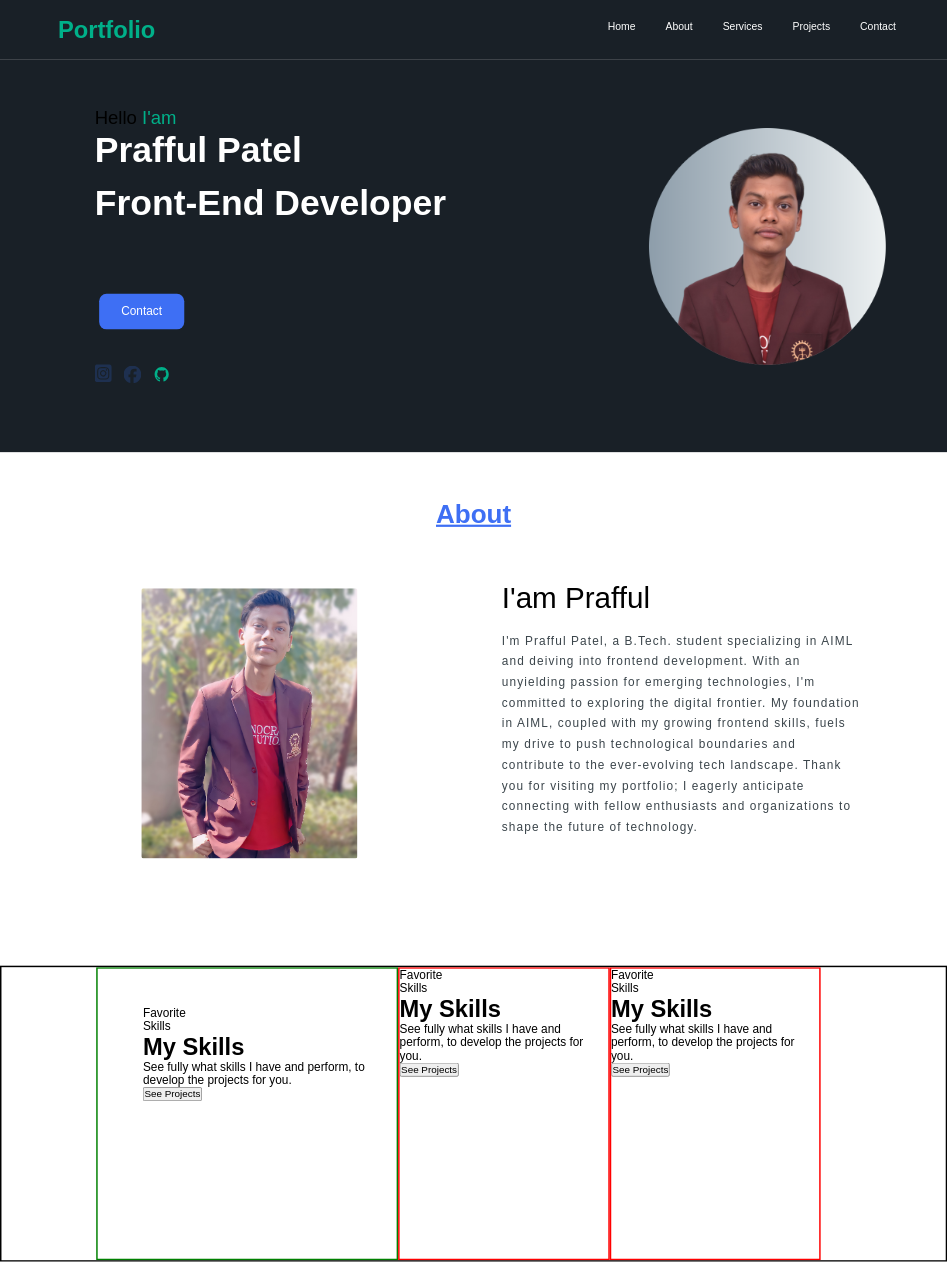
Repository: PraffulPatel27/Portfolio_2.0
Page: index.html
An editor plug-in stored every save of this project. The page is shown before and after the next save, followed by the edit.
The browser window is 1280 px wide. The pictures show the whole page, at 74% of full size.

Above is the page before, as saved 2024-01-01 15:46:20.

### index.html
<!DOCTYPE html>
<html lang="en">
<head>
    <meta charset="UTF-8">
    <meta name="viewport" content="width=device-width, initial-scale=1.0">
    <title>Portfolio website complete</title>
    <link rel="stylesheet" href="style.css">
</head>
<body>

  <div class="container-first">
    <!-- /*********************** nav bar **************************/ -->
        <nav class="header">
            <h1>Portfolio</h1>

            <div class="nav-bar">
                <ul>
                    <li class="c1">Home</li>
                    <li> <a id="unique" href="#about">About</a></li>
                    <li>Services</li>
                    <li>Projects</li>
                    <li>Contact</li>
                </ul>
            </div>

        </nav>
        <!-- <div class="head-1"></div> -->



    <!-- /*********************** Section - 1 **************************/ -->
    <div class="first-main-content">
      <div class="left-content">
        <!-- <h1> Hi, </h1> -->
        <p class="ch"> Hello </p>
        <p class="ch" id="bl"> I'am  </p>
        <h1> Prafful Patel</h1>
        <h1> Front-End Developer </h1>

        <button class="btn"> Contact </button>
        <div class="social">
            <img src="images/instagram.svg">
            <img src="images/facebook.svg">
            <img src="images/github.svg">
        </div>
    </div>

   <img class="pic" src="images/profile-pic-circle.png">
   </div>


    <!-- /*********************** Section - 2 **************************/ -->
    <div class="section-2">
            <p class="heading-about"> About </p>

        <div class="front-2_under">
            <!-- <img class="left-img" src="images/image-portfolio.jpg"> -->
            <div class="left-content">
                <img class="left-img" src="images/image-portfolio.jpg">
            </div>

            <div class="right-para" id="about">
                <p class="heading-2"> I'am Prafful </p>
                <p class="description"> I'm Prafful Patel, a B.Tech. student specializing in AIML and
                    deiving into frontend development. With an unyielding passion
                    for emerging technologies, I'm committed to exploring the
                    digital frontier. My foundation in AIML, coupled with my
                    growing frontend skills, fuels my drive to push technological
                    boundaries and contribute to the ever-evolving tech
                    landscape. Thank you for visiting my portfolio; I eagerly
                    anticipate connecting with fellow enthusiasts and
                    organizations to shape the future of technology. </p>
            </div>
        </div>

    </div>


    <!-- /*********************** Section - 3 **************************/ -->

    <div class="section-3">
        <div class="bx-1">
            <p> Favorite </p>
            <p> Skills</p>
            <h1> My Skills</h1>

            <p>See fully what skills I have and perform, to
                develop the projects for you.</p>
            <button class="see-project"> See Projects </button>
        </div>

        <div class="bx-2">
            <p> Favorite </p>
            <p> Skills</p>
            <h1> My Skills</h1>

            <p>See fully what skills I have and perform, to
                develop the projects for you.</p>
            <button class="see-project"> See Projects </button>
        </div>

        <div class="bx-2">
            <p> Favorite </p>
            <p> Skills</p>
            <h1> My Skills</h1>

            <p>See fully what skills I have and perform, to
                develop the projects for you.</p>
            <button class="see-project"> See Projects </button>
        </div>
    </div>



    <!-- <footer>
            <h4 class="f-h4"> Prafful </h4>
            <div class="fimg">
                <img class="fb" src="images/faceb.png">
                <img class="ins" src="images/instagram-logo.png">
                <img class="lid" src="images/linkedin (1).png">
                <img class="git" src="images/github (1).png">
            </div>
            <h3 class="f-h3"> Terms of Use . Privacy Policy </h3>
            <p class="fp"> © 2023 copyright all right reserved </p>
    </footer> -->

  </div>

</body>
</html>

### style.css
* {
    margin: 0;
    padding: 0;
    box-sizing: border-box;
    font-family: 'Poppins' , sans-serif;
    scroll-behavior: smooth;
    overflow-x: hidden;
}
.container-first {
    display: flex;
    flex-direction: column;
    flex-wrap: wrap;
    width: 100vw;
    align-items: center;
}
.main-con {
    margin-left: 10%;
    margin-right: 10%;
}

/*********************** Nav bar **************************/
.header {
    min-height: 90%;
    width: 100%;
    background-position: center;
    background-size: cover;
    position: relative;
    background-color: #192027;
    color: #fff;
}
nav {
    display: flex;
    padding: 1.6% 4%;
    align-items: center;
    justify-content: center;
}
.nav-bar {
    flex: 1;
    text-align: right;
}
.nav-bar ul li {
    list-style: none;
    display: inline-block;
    padding: 8px 18px;
    position: relative;
    /* font-weight: bold; */
    cursor: pointer;
    font-size: 0.88rem;
}
#unique {
    text-decoration: none;
    color: #fff;
}
#unique:hover {
    color: #00B089;
}
.nav-bar ul li::after  {
    content: '';
    width: 0%;
    height: 3.5px;
    background-color: #00B089;
    display: block;
    margin: auto;
    transition: 0.80s;
}
.nav-bar ul li:hover::after {
    width: 100%;
}
.nav-bar ul li:hover {
    color: #00B089;
}
nav h1 {
    font-size: 2rem;
    color: #00B089;
    margin-left: 1.7rem;
}

/*********************** Section - 1 **************************/
.first-main-content {
    width: 100%;
    background-color: #192027;
    padding-bottom: 7%;
    display: flex;
    justify-content: space-evenly;
    align-items: center;
    flex-direction: row;
    flex-wrap: wrap;
    align-items: center;
    /* border: 2px solid black; */
}
/* .head-1 {
    margin-top: -1.2%;
    opacity: 0.1;
    border: 0.8px solid black;
    width: 100%;
} */
.left-content {
    padding-top: 5%;
    padding-left: 10%;
    /* border: 2px solid black; */
}
.left-content h1 {
    font-size: 3rem;
    line-height: 60px;
    font-weight: bolder;
    padding-bottom: 1%;
    color: #fff;
}
.ch {
    display: inline;
    font-size: 25px;
}
#bl {
    color: #00B089;
}
.group-btn {
    border: 2px solid black;
    margin-top: 3.5%;
}
.btn {
    width: 10%;
    height: 3rem;
    margin-top: 7%;
    margin-left: 0.5%;
    border-radius: 10px;
    background: #3E6FF4;
    border: none;
    cursor: pointer;
    color: white;
    font-size: 1rem;
    text-align: center;
}
.btn:hover {
    box-shadow: 0 0 30px rgba(0,111,255,0.65);
    transition: 0.2s;
}
.social {
    margin-top: 4%;
    margin-left: -1%;
    /* border: 2px solid black; */
}
.social img {
    width: 3%;
    padding-left: 1%;
    cursor: pointer;
    background: none;
}
.pic {
    width: 20rem;
    margin-top:5%;
    margin-right: -62%;
    flex-wrap: wrap;
    position: absolute;
}

/*********************** Section - 2 **************************/
.section-2 {
    width: 100%;
    flex-wrap: wrap;
    align-items: center;
    display: flex;
    position: none;
    justify-content: space-evenly;
    /* border: 2px solid red; */
}
.heading-about {
    text-align: center;
    margin-top: 5%;
    color: #3E6FF4;
    font-size: 2.2rem;
    font-style: normal;
    font-weight: 700;
    text-decoration: underline;
}
.front-2_under {
    display: flex;
    flex-direction: row;
    justify-content: space-evenly;
    align-items: center;
    margin-top: 2%;
    margin-left: 6.5%;
    margin-right: 9%;
    margin-bottom: 6%;
    /* border: 2px solid red; */
}
.left-content {
    flex: 1;
}
.left-content .left-img {
    width: 60%;
    max-width: 100%;
    height: auto;
    border-radius: 1%;
}
.right-para {
    flex: 1;
}
.heading-2 {
    font-size: 2.5rem;
    line-height: 70px;
}
.description {
    color: #3b454b;
    letter-spacing: 1.5px;
    line-height: 28px;
    margin-top: 2%;
}

 /*********************** Section - 3 **************************/
 .section-3 {
    height: 25rem;
    margin-top: 5%;
    flex-wrap: wrap;
    display: flex;
    /* flex-direction: row; */
    padding-left: 10%;
    padding-right: 10%;
    border: 2px solid black;
}
.bx-1 {
    border: 2px solid green;
    width: 40%;
    padding-top: 5%;
    padding-left: 6%;
}
.see-project {

}
.bx-2 {
    border: 2px solid red;
    width: 28%;
}

After the next save:
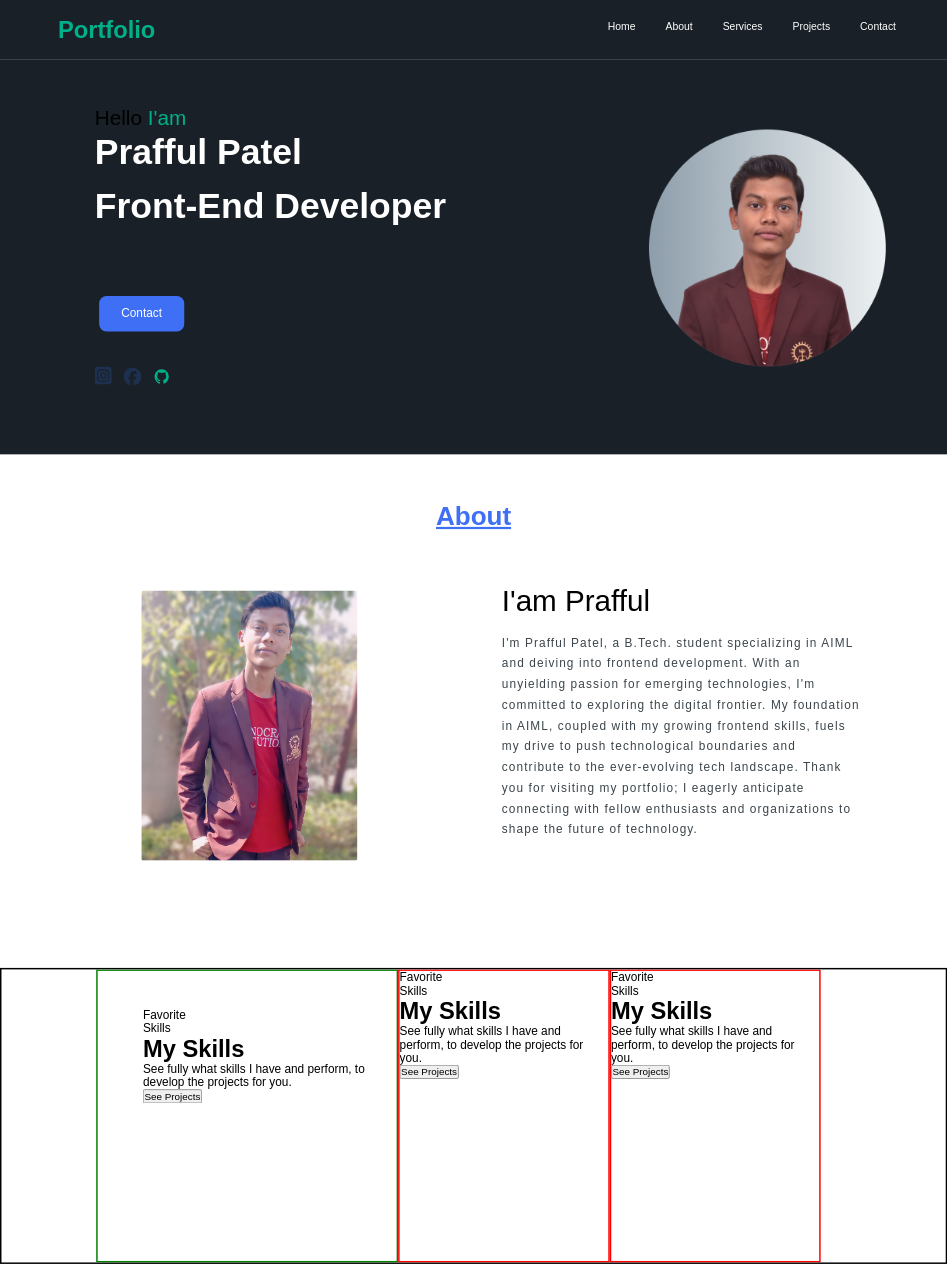
Saved 7 s later.
--- a/style.css
+++ b/style.css
@@ -108,7 +108,7 @@
 }
 .ch {
     display: inline;
-    font-size: 25px;
+    font-size: 28px;
 }
 #bl {
     color: #00B089;
